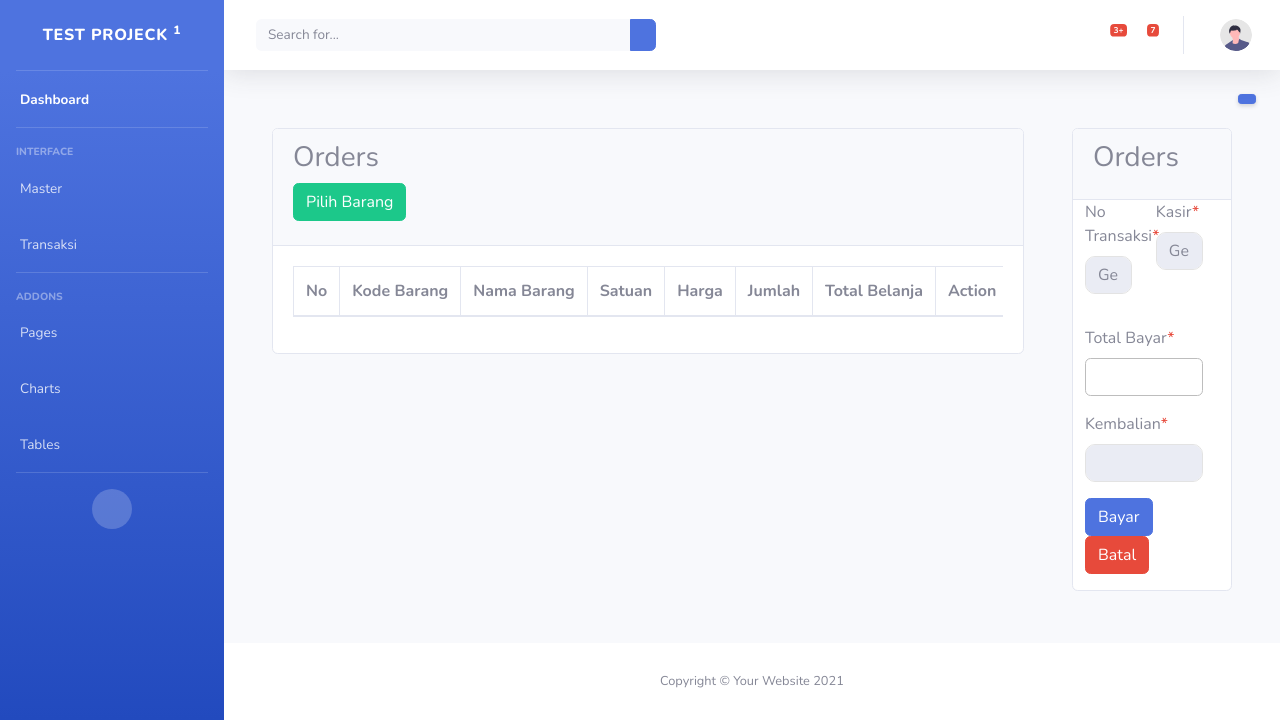
Repository: sellayspy/laravel123
Page: http://localhost/transaksis
These files come from the project's save history. The page is drawn as it stood at one moment and after the next save; the edit follows.
The browser window is 1280 px wide. The pictures show the whole page.
The page is served by the project's Laravel application, run on PHP 8.4 with Laravel 10. Other server files are loaded and not shown. Queries for data that is not in the repository find no rows.

Above is the page before, as saved 2023-10-30 13:09:27.
Console error: ReferenceError: jQuery is not defined

### app/Http/Helpers/helpers.php
<?php

use function Termwind\terminal;

function format_uang  ($angka)
{
    return number_format($angka, 0,',', '.');
}


function terbilang ($angka)  {
    $angka = abs($angka);
    $baca = array('','satu','dua','tiga','empat','lima','enam','tujuh','delapan','sembilan','sepuluh','sebelas');
    $terbilang = '';

    if ($angka < 12) {
        $terbilang =' ' . $baca[$angka];
    }elseif ($angka < 20) { // 12-19
        $terbilang = terbilang($angka -10) . 'belas';
    }elseif ($angka < 100) { // 20-99
        $terbilang = terbilang($angka / 10) . 'puluh' . terbilang($angka % 10);
    }elseif ($angka < 200) { // 100-199
        $terbilang = 'seratus' . terbilang($angka -100);
    }elseif ($angka < 1000) { // 200-999
        $terbilang = terbilang($angka / 100). 'ratus' . terbilang($angka % 10);
    }elseif ($angka < 2000) { // 1.000-1.999
        $terbilang = 'seribu' . terbilang($angka - 1000);
    }elseif ($angka < 1000000) { // 2.000-999.999
        $terbilang = terbilang($angka /1000).'ribu'.terbilang($angka % 1000);
    }elseif ($angka < 1000000000) { // 1.000.000-999.999.999
        $terbilang = terbilang($angka / 1000000).'juta'. terbilang($angka % 1000000);
    }

    return $terbilang;
}

function tanggal_indonesia($tgl,$tampil_hari = true)
{
    $nama_hari = array(
        'Minggu','Senin','Selasa','Rabu','Kamis','Jum\'at','Sabtu');
    $nama_bulan = array(1 =>
        'Januari','Februari','Maret','April','Mei','Juni','Juli','Agustus','September','Oktober','November','Desember');

        $tahun = substr($tgl,0,4);
        $bulan = $nama_bulan[(int) substr($tgl,5,2)];
        $tanggal = substr($tgl,8,2);
        $text ='';

        if ($tampil_hari) {
            $urutan_hari = date('w',mktime(0,0,0, substr($tgl,5,2),$tanggal,$tahun));
            $hari   = $nama_hari[$urutan_hari];
            $text  .= "$hari, $tanggal $bulan $tahun";
        }
        return $text;
}

### routes/web.php
<?php

use App\Http\Controllers\BarangController;
use App\Http\Controllers\CustomerController;
use App\Http\Controllers\SuplierController;
use App\Http\Controllers\TransaksiDetailController;
use Illuminate\Support\Facades\Route;

/*
|--------------------------------------------------------------------------
| Web Routes
|--------------------------------------------------------------------------
|
| Here is where you can register web routes for your application. These
| routes are loaded by the RouteServiceProvider and all of them will
| be assigned to the "web" middleware group. Make something great!
|
*/
Route::get('dashboard',function(){
    return view('dashboard');
})->name('dashboard');

Route::resource('barangs',BarangController::class);

Route::resource('customers',CustomerController::class);

Route::resource('supliers',SuplierController::class);

Route::resource('transaksis',TransaksiDetailController::class);

### app/Http/Controllers/TransaksiDetailController.php
<?php

namespace App\Http\Controllers;

use App\Models\Barang;
use App\Models\Customer;
use Illuminate\Http\Request;

class TransaksiDetailController extends Controller
{
    public function index()
    {
        $barang = Barang::orderBy('nmBarang')->get();
        $customer = Customer::orderBy('nmCustomer')->get();
         return  view('transaksi.index',compact('barang','customer'));
    }
}

### app/Models/Barang.php
<?php

namespace App\Models;

use Illuminate\Database\Eloquent\Factories\HasFactory;
use Illuminate\Database\Eloquent\Model;

class Barang extends Model
{
    use HasFactory;

    protected $fillable = [
        'kdBarang',
        'nmBarang',
        'satuan',
        'hargaSatuan',
        'stock',
        'tglExpired'
    ];
}

### app/Models/Customer.php
<?php

namespace App\Models;

use Illuminate\Database\Eloquent\Factories\HasFactory;
use Illuminate\Database\Eloquent\Model;
use Illuminate\Database\Eloquent\Relations\HasManyThrough;
use Illuminate\Database\Eloquent\Relations\BelongsToMany;

class Customer extends Model
{
    use HasFactory;
    protected $table = 'customers';
    protected $fillable = [
        'kdCustomer',
        'nmCustomer',
        'alamat',
        'noTelepon'
    ];


}

### resources/views/transaksi/index.blade.php
@extends('layouts.main')
@section('contents')
    <style>
        .form-control {
            border-color: #bdbdbd;
        }

        .form-control-solid {
            border-color: #e3e3e3;
            border-radius: 10px;
        }
    </style>
    <div class="d-flex flex-column-fluid">
        <div class="container">
            <div class="card card-custom">
                <div class="card-header">
                    <div class="card-title">
                        <span class="card-icon">
                            <i class="flaticon2-supermarket text-primary"></i>
                        </span>
                        <h3 class="card-label">Orders</h3>
                        <button type="button" class="btn btn-success" data-toggle="modal"
                            data-target=".bd-example-modal-lg">Pilih Barang</button>
                    </div>
                </div>
                <div class="row">
                    <div class="col-md-12">
                        <div class="card-body">
                            <!--begin: Datatable-->
                            <div class="table-responsive text-nowrap" style="width: 710px">
                                <table class="table table-bordered table-hover table-checkable table-responsive"
                                    id="data_order" style="margin-top: 13px !important, margin-right:13px;">
                                    <thead>
                                        <tr>
                                            <th>No</th>
                                            <th>Kode Barang</th>
                                            <th>Nama Barang</th>
                                            <th>Satuan</th>
                                            <th>Harga</th>
                                            <th>Jumlah</th>
                                            <th>Total Belanja</th>
                                            <th>Action</th>
                                        </tr>
                                    </thead>
                                    <tbody id="show_data">

                                    </tbody>
                                </table>
                                <div class="modal fade bd-example-modal" id="ModalHapus" tabindex="-1" role="dialog"
                                    aria-labelledby="myModalLabel" aria-hidden="true">
                                    <div class="modal-dialog" role="document">
                                        <div class="modal-content">
                                            <div class="modal-header">
                                                <button type="button" class="close" data-dismiss="modal"
                                                    aria-label="Close">
                                                    <h4 class="modal-title" id="myModalLabel">Hapus Barang</h4>
                                            </div>
                                            <form class="form-horizontal">
                                                <div class="modal-body">

                                                    <input type="hidden" name="id" id="textkode" value="">
                                                    <div class="alert alert-warning">
                                                        <p>Apakah Anda yakin mau memhapus barang ini?</p>
                                                    </div>

                                                </div>
                                                <div class="modal-footer">
                                                    <button type="button" class="btn btn-secondary"
                                                        data-bs-dismiss="modal">Close</button>
                                                    <button class="btn_hapus btn btn-danger" id="btn_hapus">Hapus</button>
                                                </div>
                                            </form>
                                        </div>
                                    </div>
                                </div>
                                <div class="modal fade bd-example-modal" id="ModalLunas" tabindex="-1" role="dialog"
                                    aria-labelledby="myModalLabel" aria-hidden="true">
                                    <div class="modal-dialog" role="document">
                                        <div class="modal-content">
                                            <div class="modal-header">
                                                <button type="button" class="close" data-dismiss="modal"
                                                    aria-label="Close">
                                                    <h4 class="modal-title" id="myModalLabel">Yakin Pembelian Sudah Benar?
                                                    </h4>
                                            </div>
                                            <form action="/struck" class="form-horizontal">
                                                <div class="modal-body">
                                                    <div class="alert alert-info">
                                                        <p>Tekan Bayar Jika Sudah Benar</p>
                                                    </div>
                                                </div>
                                                <input type="text" class="form-control form-control-solid"
                                                    placeholder="Generate Otomatis" readonly value="{{ rand(0000, 9999) }}"
                                                    name="id_transaction" id="id_transaction" hidden />
                                                <input type="text" class="form-control form-control-solid"
                                                    placeholder="Generate Otomatis" readonly value=""
                                                    name="id_user" id="id_user" hidden />
                                                <div class="modal-footer">
                                                    <button type="button" class="btn btn-secondary"
                                                        data-bs-dismiss="modal">Close</button>
                                                    <button class="btn_hapus btn btn-primary" id="lunas">Bayar</button>
                                                </div>
                                            </form>
                                        </div>
                                    </div>
                                </div>
                                <div class="modal fade bd-example-modal" id="ModalBatal" tabindex="-1" role="dialog"
                                    aria-labelledby="myModalLabel" aria-hidden="true">
                                    <div class="modal-dialog" role="document">
                                        <div class="modal-content">
                                            <div class="modal-header">
                                                <button type="button" class="close" data-dismiss="modal"
                                                    aria-label="Close">
                                                    <h4 class="modal-title" id="myModalLabel">Yakin Ingin Membatalkan?
                                                    </h4>
                                            </div>
                                            <form class="form-horizontal">
                                                <div class="modal-body">
                                                    <div class="alert alert-info">
                                                        <p>Tekan Batal</p>
                                                    </div>
                                                </div>
                                                <div class="modal-footer">
                                                    <button type="button" class="btn btn-secondary"
                                                        data-bs-dismiss="modal">Close</button>
                                                    <button class="btn_hapus btn btn-primary"
                                                        id="batal">Batal</button>
                                                </div>
                                            </form>
                                        </div>
                                    </div>
                                </div>
                                <!--end: Datatable-->
                            </div>
                        </div>
                    </div>
                </div>
            </div>
        </div>
        <div class="container">
            <div class="card card-custom">
                <div class="card-header">
                    <div class="card-title">
                        <span class="card-icon">
                            <i class="flaticon2-supermarket text-primary"></i>
                        </span>
                        <h3 class="card-label">Orders</h3>
                    </div>
                </div>
                <div class="row" style="margin-left: 0px;">
                    <div class="col-md-5">

                        <div class="form-group">
                            <label>No Transaksi<span class="text-danger">*</span></label>
                            <input type="text" class="form-control form-control-solid" placeholder="Generate Otomatis"
                                readonly value="" name="cabang" id="cabang" />
                            <input type="text" class="form-control form-control-solid" placeholder="Generate Otomatis"
                                readonly value="" name="id_cabang" id="id_cabang" hidden />
                        </div>
                    </div>
                    <div class="col-md-5">
                        <div class="form-group">
                            <label>Kasir<span class="text-danger">*</span></label>
                            <input type="text" class="form-control form-control-solid" placeholder="Generate Otomatis"
                                readonly value="" name="name" id="name" />
                            <input type="text" class="form-control form-control-solid" placeholder="Generate Otomatis"
                                readonly value="" name="id_user" id="id_user" hidden />
                        </div>
                    </div>
                    <div class="col-md-10">
                        <div class="form-group gettotalbarang">
                        </div>
                    </div>
                    <div class="col-md-10">
                        <div class="form-group cash-all-lunas">
                            <label>Total Bayar<span class="text-danger">*</span>
                            </label>
                            <input type="text" id="cash" name="cash" onkeyup="getcashback(this.value)"
                                class="form-control rupiah" min="0" max="100" required>
                        </div>
                    </div>
                    <div class="col-md-10">
                        <div class="form-group">
                            <label>Kembalian<span class="text-danger">*</span></label>
                            <input type="text" id="caseback" class="form-control form-control-solid" readonly
                                name="caseback" min="0" max="100">
                        </div>
                    </div>
                    <div class="col-md-10" id="lunas-modal">
                        <div class="form-group">
                            <button class="btn btn-primary" id="lunas">Bayar</button>
                            <button class="btn btn-danger" id="batal">Batal</button>
                        </div>
                    </div>

                </div>
            </div>
        </div>
        <div class="modal fade bd-example-modal-lg" tabindex="-1" role="dialog" aria-labelledby="myLargeModalLabel"
            aria-hidden="true">
            <div class="modal-dialog modal-lg">
                <div class="modal-content">
                    <div class="modal-header">
                        <h5 class="modal-title">Pilih Barang</h5>
                        <button type="button" class="close" data-dismiss="modal" aria-label="Close">
                            <span aria-hidden="true">&times;</span>
                        </button>
                    </div>
                    <div class="card-body">
                        <div class="table-responsive text-nowrap">
                            <table class="table table-bordered table-hover table-checkable table-responsive"
                                id="datatable" style="margin-top: 13px !important, margin-right:13px;">
                                <thead>
                                    <tr>
                                        <th>No</th>
                                        <th hidden>id</th>
                                        <th>Nama Barang</th>
                                        <th>Kategori</th>
                                        <th>Harga</th>
                                        <th>stok</th>
                                        <th>Jumlah</th>
                                        <th>Satuan</th>
                                        <th>Actions</th>

                                    </tr>
                                </thead>

                                <tbody id="data_product">


                                </tbody>

                            </table>
                        </div>
                    </div>
                </div>
            </div>
        </div>

    </div>

@endsection

### resources/views/layouts/main.blade.php
<!DOCTYPE html>
<html lang="en">
  <head>
    <meta charset="utf-8" >
    <meta http-equiv="X-UA-Compatible" content="IE=edge" >
    <meta
      name="viewport"
      content="width=device-width, initial-scale=1, shrink-to-fit=no"
    >
    <meta name="description" content="" >
    <meta name="author" content="" >

    <title>TesProject</title>

    <!-- Custom fonts for this template-->
    <link
      href="{{ asset('vendor/fontawesome-free/css/all.min.css') }}"
      rel="stylesheet"
      type="text/css"
    >
    <link
      href="https://fonts.googleapis.com/css?family=Nunito:200,200i,300,300i,400,400i,600,600i,700,700i,800,800i,900,900i"
      rel="stylesheet"
    >

    <!-- Custom styles for this template-->
    <link href="{{ asset('css/sb-admin-2.min.css') }}"  rel="stylesheet">
  </head>

  <body id="page-top">
    <!-- Page Wrapper -->
    <div id="wrapper">
      <!-- Sidebar -->
      @include('layouts.sidebar')
      </ul>
      <!-- End of Sidebar -->

      <!-- Content Wrapper -->
      <div id="content-wrapper" class="d-flex flex-column">
        <!-- Main Content -->
        <div id="content">
          <!-- Topbar -->
         @include('layouts.navbar')


          <!-- Begin Page Content -->
          <div class="container-fluid">

          <div class="d-sm-flex align-items-center justify-content-between mb-4">
            <h1 class="h3 mb-0 text-gray-800">@yield('title')</h1>
            <a href="#" class="d-none d-sm-inline-block btn btn-sm btn-primary shadow-sm"></a>
          </div>

          @yield('contents')

          </div>
          <!-- /.container-fluid -->
        </div>
        <!-- End of Main Content -->

        <!-- Footer -->
       @include('layouts.footer')
        <!-- End of Footer -->
      </div>
      <!-- End of Content Wrapper -->
    </div>
    <!-- End of Page Wrapper -->

    <!-- Scroll to Top Button-->
    <a class="scroll-to-top rounded" href="#page-top">
      <i class="fas fa-angle-up"></i>
    </a>

    <!-- Logout Modal-->
    <div
      class="modal fade"
      id="logoutModal"
      tabindex="-1"
      role="dialog"
      aria-labelledby="exampleModalLabel"
      aria-hidden="true"
    >
      <div class="modal-dialog" role="document">
        <div class="modal-content">
          <div class="modal-header">
            <h5 class="modal-title" id="exampleModalLabel">Ready to Leave?</h5>
            <button
              class="close"
              type="button"
              data-dismiss="modal"
              aria-label="Close"
            >
              <span aria-hidden="true">×</span>
            </button>
          </div>
          <div class="modal-body">
            Select "Logout" below if you are ready to end your current session.
          </div>
          <div class="modal-footer">
            <button
              class="btn btn-secondary"
              type="button"
              data-dismiss="modal"
            >
              Cancel
            </button>
            <a class="btn btn-primary" href="login.html">Logout</a>
          </div>
        </div>
      </div>
    </div>

    <!-- Bootstrap core JavaScript-->
    <script src="{{ asset('vendor/jquery/jquery.min.js') }}"></script>
    <script src="{{ asset('vendor/bootstrap/js/bootstrap.bundle.min.js') }}"></script>

    <!-- Core plugin JavaScript-->
    <script src="{{ asset('vendor/jquery-easing/jquery.easing.min.js') }}"></script>

    <!-- Custom scripts for all pages-->
    <script src="{{ asset('js/sb-admin-2.min.js') }}"></script>

    <!-- Page level plugins -->
    <script src="{{ asset('vendor/chart.js/Chart.min.js') }}"></script>

  </body>
</html>

### resources/views/layouts/footer.blade.php
<footer class="sticky-footer bg-white">
  <div class="container my-auto">
    <div class="copyright text-center my-auto">
      <span>Copyright &copy; Your Website 2021</span>
    </div>
  </div>
</footer>

Loaded but not shown: app/Http/Controllers/Controller.php (common file); public/css/sb-admin-2.min.css (library); public/js/sb-admin-2.min.js (common file); public/img/undraw_profile.svg (38 lines, source omitted); public/img/undraw_profile_3.svg (47 lines, source omitted); public/img/undraw_profile_2.svg (44 lines, source omitted); public/img/undraw_profile_1.svg (38 lines, source omitted); resources/views/layouts/navbar.blade.php (186 lines, source omitted); resources/views/layouts/sidebar.blade.php (149 lines, source omitted)

After the next save:
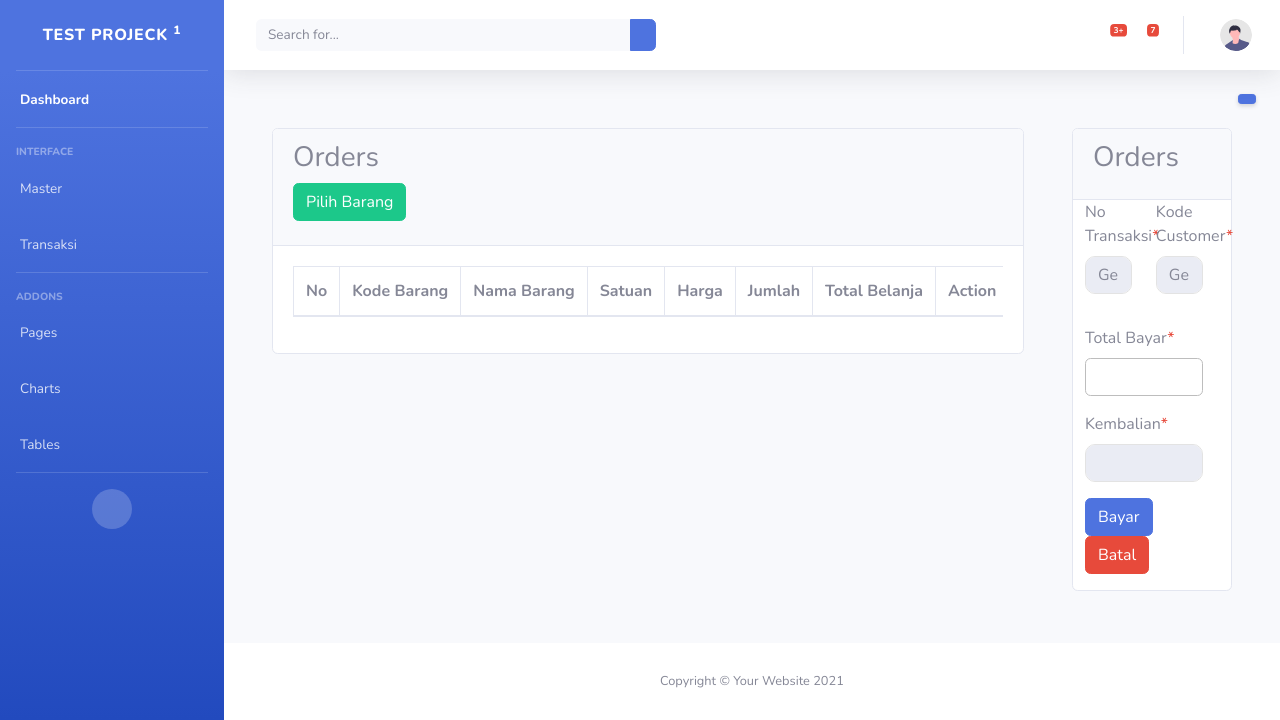
Saved 25 s later.
--- a/resources/views/transaksi/index.blade.php
+++ b/resources/views/transaksi/index.blade.php
@@ -160,7 +160,7 @@
                     </div>
                     <div class="col-md-5">
                         <div class="form-group">
-                            <label>Kasir<span class="text-danger">*</span></label>
+                            <label>Kode Customer<span class="text-danger">*</span></label>
                             <input type="text" class="form-control form-control-solid" placeholder="Generate Otomatis"
                                 readonly value="" name="name" id="name" />
                             <input type="text" class="form-control form-control-solid" placeholder="Generate Otomatis"
